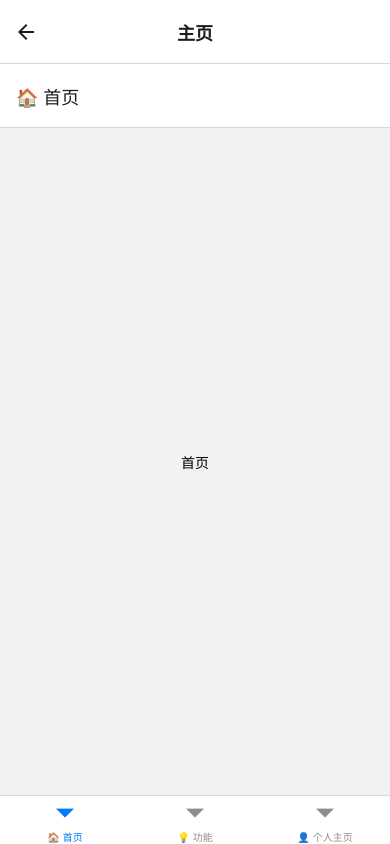
Repository: RidenShogunei/reactnative--make-an-app
Screen: /main (app in Myapp/)
These files come from the project's save history. The screen is drawn as it stood at one moment and after the next save; the edit follows.
The app was drawn by React Native's web renderer in a window 390 px wide. The project was rebuilt for these pictures with package versions that can differ from the ones it lists, and the page was loaded fresh each time. Also part of the build but not shown: Myapp/pages/register.jsx.

Above is the screen before, as saved 2024-04-20 20:32:03.

After the next save:
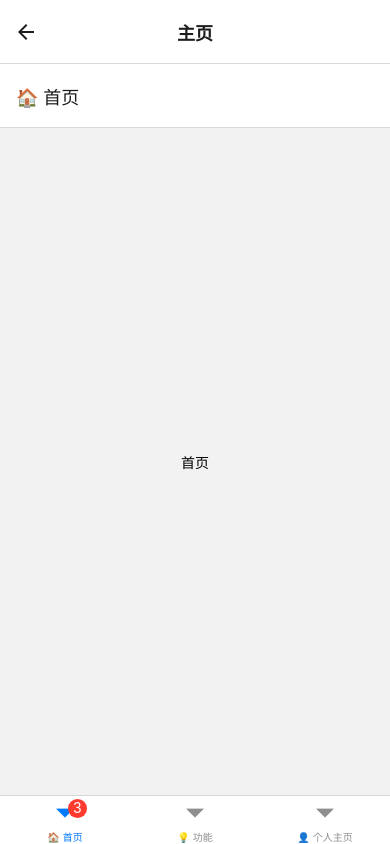
Saved 75 s later.
--- a/Myapp/pages/main.jsx
+++ b/Myapp/pages/main.jsx
@@ -33,7 +33,7 @@
 export default function App() {
     return (
             <Tab.Navigator >
-                <Tab.Screen name="🏠 首页" component={HomeScreen}  />
+                <Tab.Screen name="🏠 首页" component={HomeScreen}  options={{ tabBarBadge: 3 }}/>
                 <Tab.Screen name="💡 功能" component={FeaturesScreen} />
                 <Tab.Screen name="👤 个人主页" component={PersonalHomeScreen} />
             </Tab.Navigator>

After the save that followed:
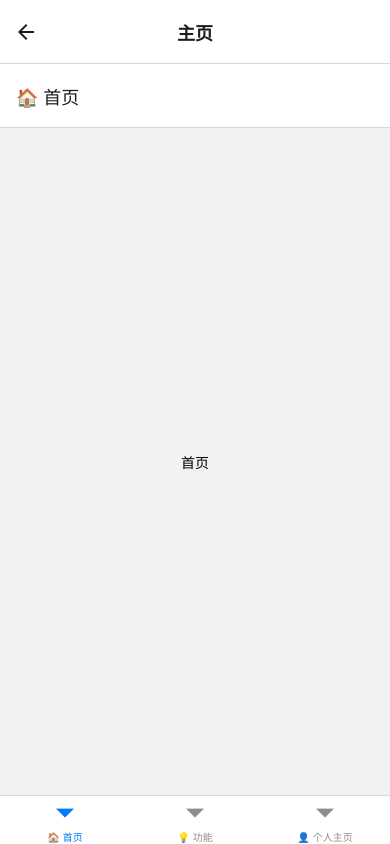
Saved 6 s later.
--- a/Myapp/pages/main.jsx
+++ b/Myapp/pages/main.jsx
@@ -33,7 +33,7 @@
 export default function App() {
     return (
             <Tab.Navigator >
-                <Tab.Screen name="🏠 首页" component={HomeScreen}  options={{ tabBarBadge: 3 }}/>
+                <Tab.Screen name="🏠 首页" component={HomeScreen}  />
                 <Tab.Screen name="💡 功能" component={FeaturesScreen} />
                 <Tab.Screen name="👤 个人主页" component={PersonalHomeScreen} />
             </Tab.Navigator>
